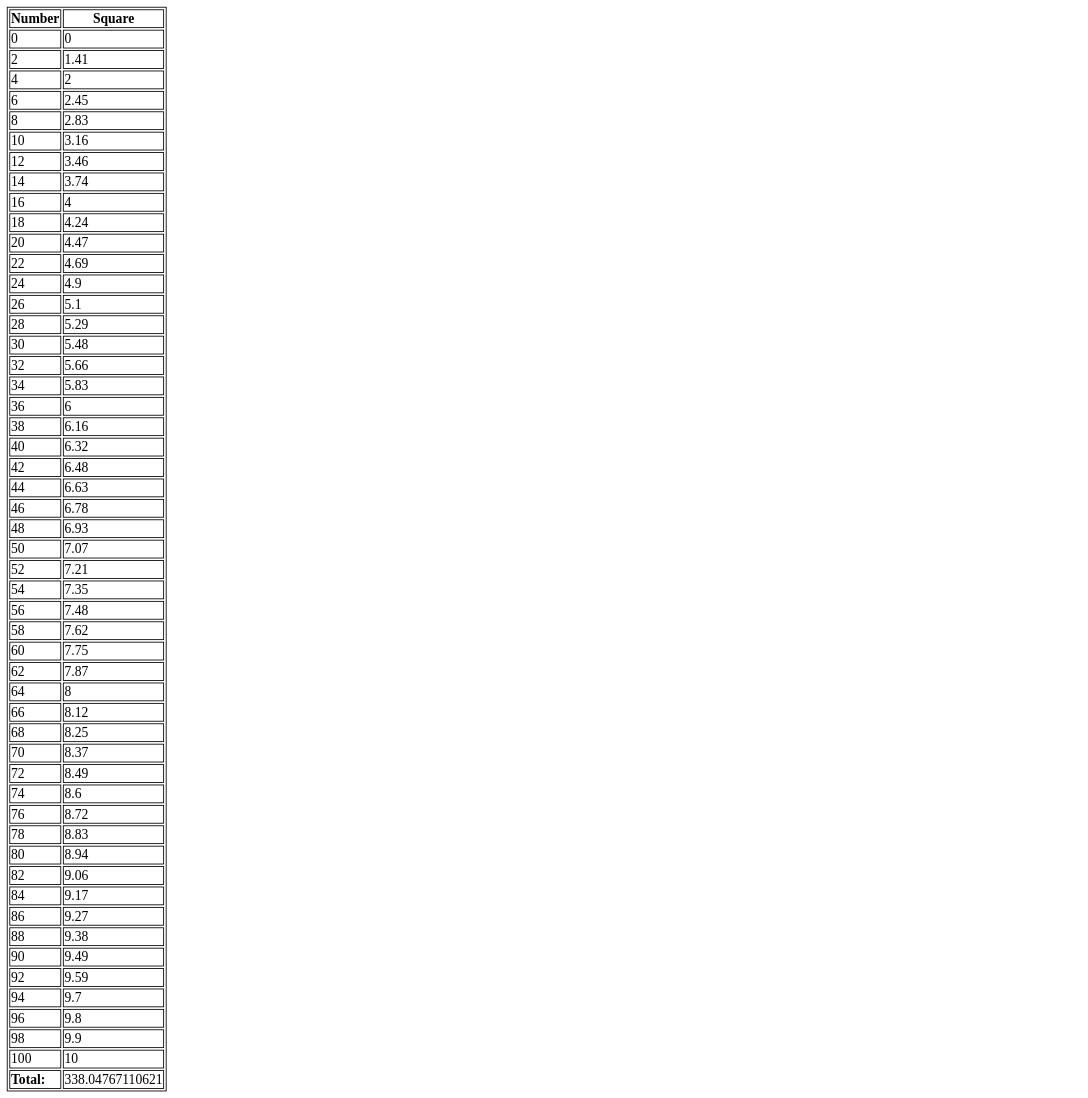
Repository: zhanivanov/PHP_Basics_Course_Homework
Page: http://localhost/1.SquareRootSum/SquareRootSum.php
An editor plug-in stored every save of this project. The page is shown before and after the next save, followed by the edit.
The browser window is 1280 px wide. The pictures show the whole page, at 85% of full size.
The page is run by PHP 8.4 with error messages shown; the project is at /var/www/html/.

Above is the page before, as saved 2014-08-23 13:57:18.

### PHP_Flow_Control/1.SquareRootSum/SquareRootSum.php
<!DOCTYPE html>
<html>
    <head>
        <title>Square Root Sum</title>
        <style>
            table,tr,th,td{
                border: 1px solid black;
            }
        </style>
    </head>
    <body>
        <table>
            <thead>
                <tr>
                    <th>Number</th>
                    <th>Square</th>
                </tr>
            </thead>
            <tbody>
                <?php
                    $sum = 0;
                    for($i = 0; $i<=100; $i+=2):
                        $sqrt = sqrt($i);
                        $sum += $sqrt;
                ?>
                <tr>
                    <td><?= $i ?></td>
                    <td><?= round($sqrt, 2) ?></td>
                </tr>
                <?php endfor; ?>
                <tr>
                    <td><b>Total:</b></td>
                    <td><?= $sum ?></td>
                </tr>
            </tbody>
        </table>
    </body>
</html>

After the next save:
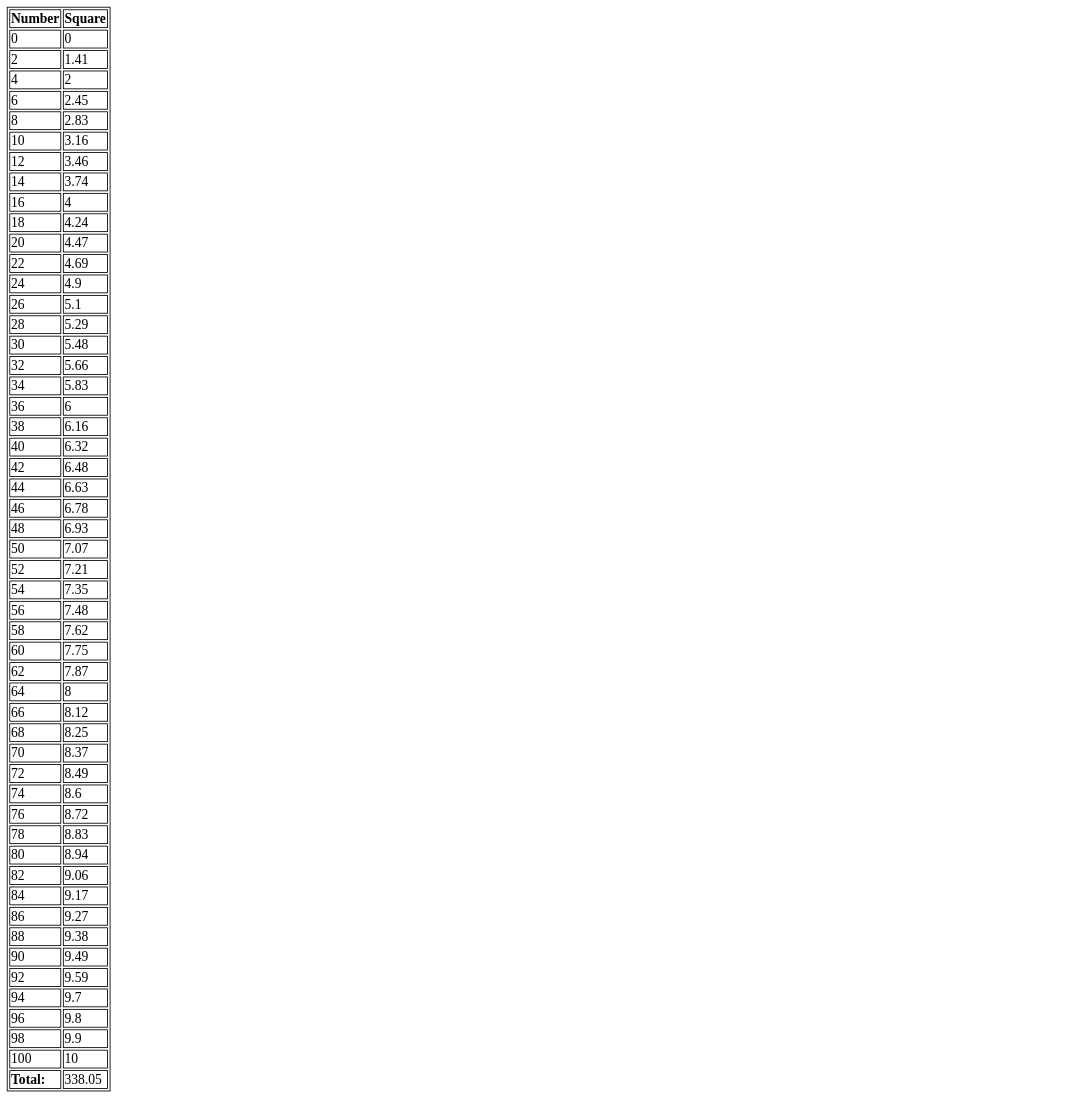
Saved 18 s later.
--- a/PHP_Flow_Control/1.SquareRootSum/SquareRootSum.php
+++ b/PHP_Flow_Control/1.SquareRootSum/SquareRootSum.php
@@ -30,7 +30,7 @@
                 <?php endfor; ?>
                 <tr>
                     <td><b>Total:</b></td>
-                    <td><?= $sum ?></td>
+                    <td><?= round($sum,2) ?></td>
                 </tr>
             </tbody>
         </table>
